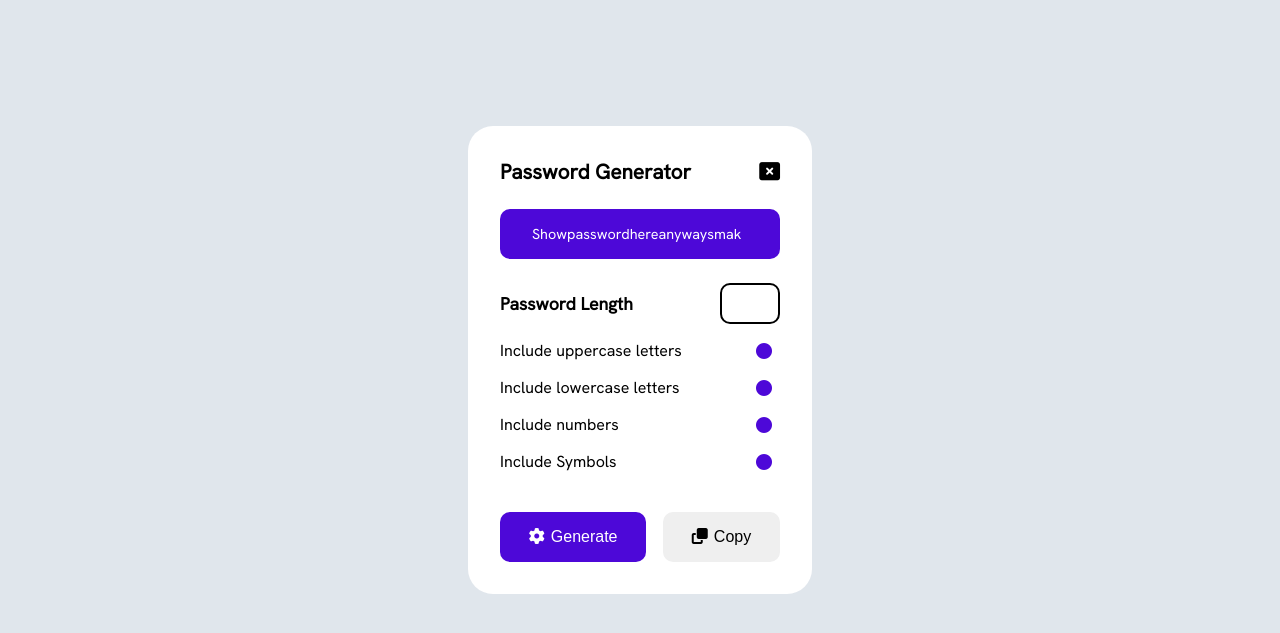
Repository: emiliaiwu/password_generator
Page: index.html
An editor plug-in stored every save of this project. The page is shown before and after the next save, followed by the edit.
The browser window is 1280 px wide. The pictures show the whole page.
Some web libraries are served in a nearby version.

Above is the page before, as saved 2022-12-14 05:07:33.

After the next save:
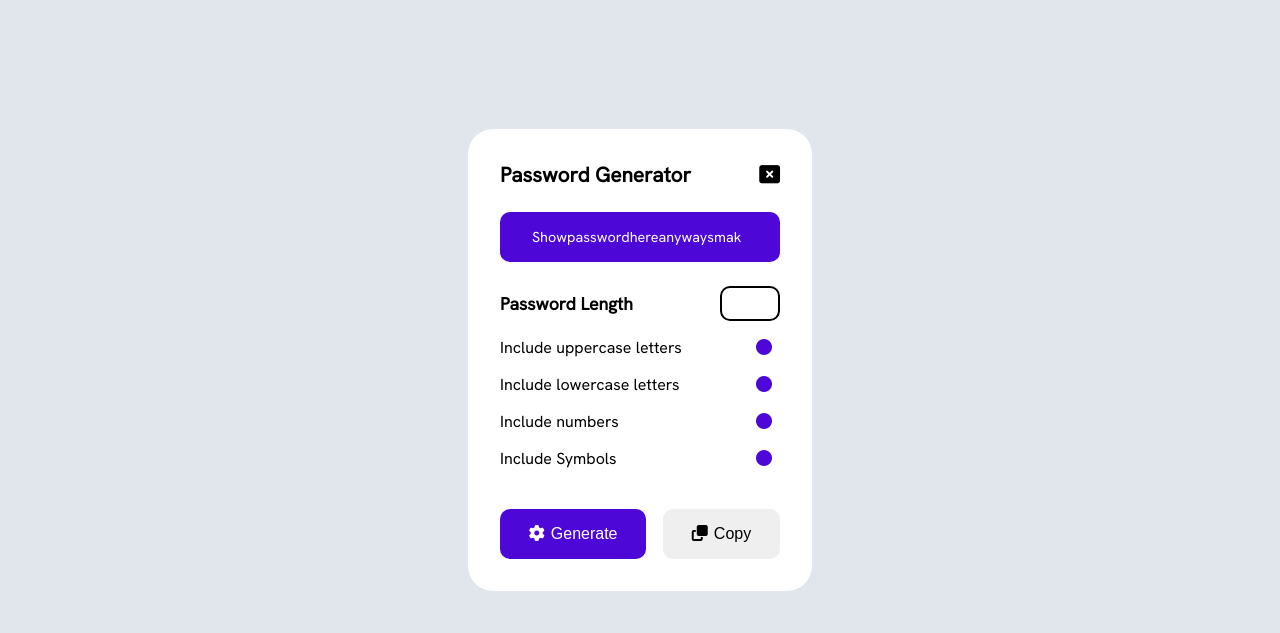
Saved 34 s later.
--- a/style.css
+++ b/style.css
@@ -81,7 +81,7 @@ label,
 
 .password_length input[type="text"] {
     width: 60px;
-    padding: .5rem .8rem;
+    padding: .3rem .8rem;
     font-size: 1.1rem;
     border: 2px solid #000;
     border-radius: 10px;
